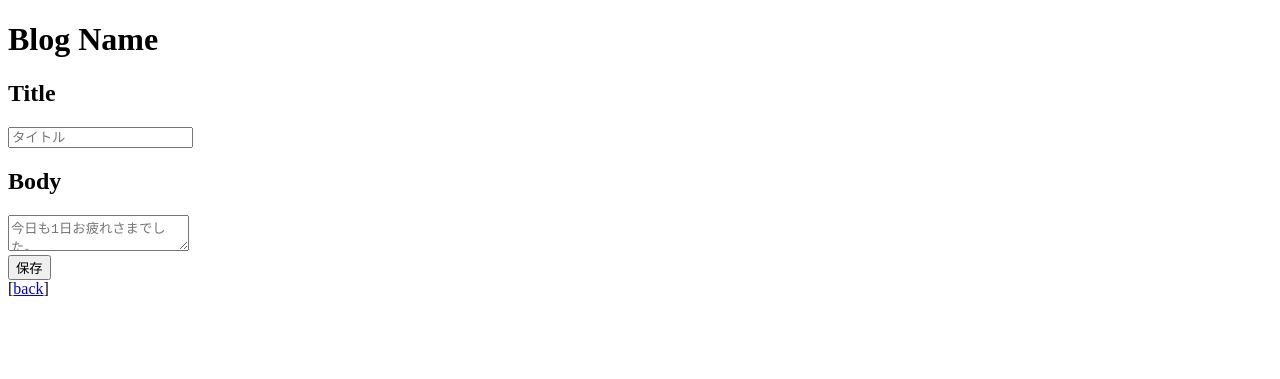
Repository: takahiro-tasaka/private01
Page: http://localhost/posts/create
The author's editor kept a record of every edit. The page is drawn from the files as they stood at one moment, then again after the next edit.
The browser window is 1280 px wide. The pictures show the whole page.
The page is served by the project's Laravel application, run on PHP 8.4 with Laravel 8.

Above is the page before.

After the next edit:
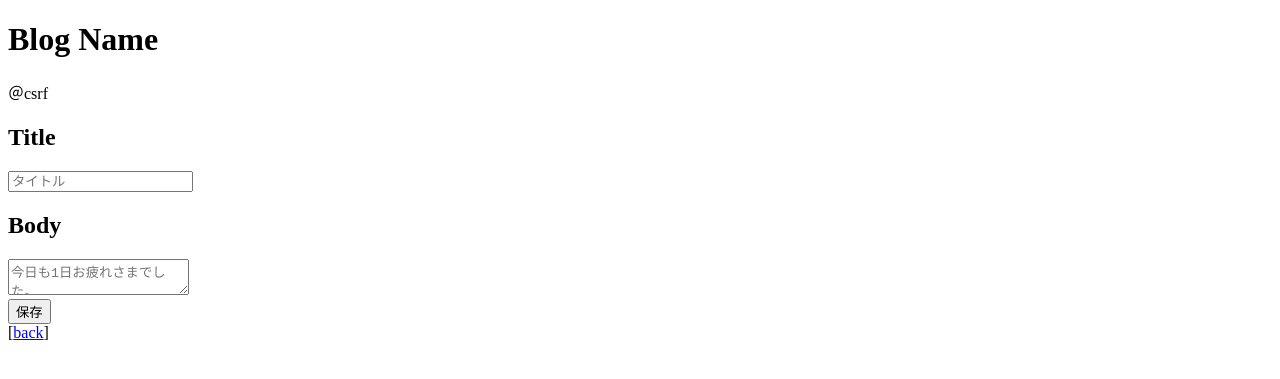
The edit:
--- a/blog/resources/views/create.blade.php
+++ b/blog/resources/views/create.blade.php
@@ -8,7 +8,7 @@
     <body>
         <h1>Blog Name</h1>
         <form action="/posts" method="POST">
-        @csrf
+            ＠csrf
             <div class="title">
                 <h2>Title</h2>
                 <input type="text" name="post[title]" placeholder="タイトル"/>
